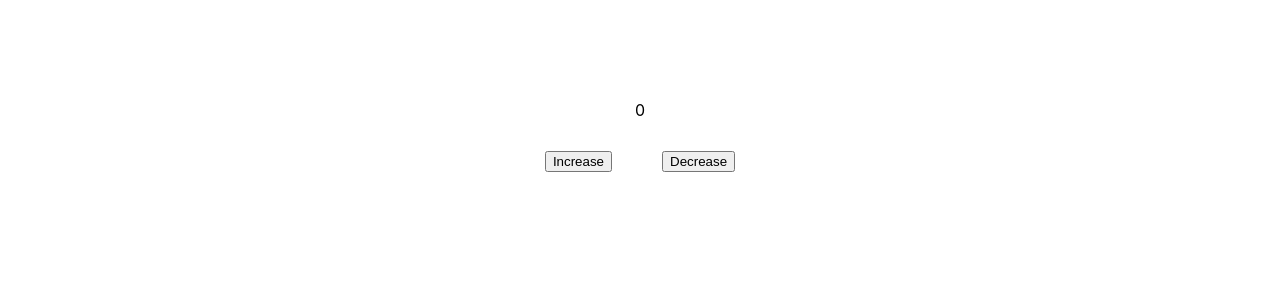
Repository: Marwa-Medhat/ReactJS-Labs
Page: / (app in myapp/)
These files come from the project's save history. The page is drawn as it stood at one moment and after a run of saves; the edit follows.
The browser window is 1280 px wide. The pictures show the whole page.
The project was rebuilt for these pictures with package versions that can differ from the ones it lists, and the page was loaded fresh each time.

Above is the page before, as saved 2021-04-25 15:11:10.

### myapp/src/App.js
import logo from './logo.svg';
import './App.css';
import React, { Component } from 'react';
// function App() {



  class Counter extends React.Component{
    constructor()
    {
      super();
      this.state={
        count:0
    }
  }
    increase=()=>{

      this.setState({count:this.state.count+1})
    }
    decrease=()=>{

      this.setState({count:this.state.count-1})
    }

    render(){
      return (
        <div >
        <div style={{ marginBottom: 30, }}>{this.state.count}</div>
        <button onClick={this.increase} style={{ marginRight: 50, }}> Increase</button>
        <button onClick={this.decrease}> Decrease</button>
        </div>
      ); //return
      } //render
    }
    // backgroundColor:'green'
class App extends React.Component{

  render(){
  return (

    <div className="App"  >
   <div style={{ paddingTop: 100, }}><Counter  /></div>
   </div>



  ); //return
  } //render
} //class App

export default App;

Loaded but not shown: myapp/public/index.html (common file); myapp/src/index.js (common file); myapp/src/index.css (common file); myapp/src/reportWebVitals.js (common file); myapp/src/App.css (common file)

After the next 2 saves:
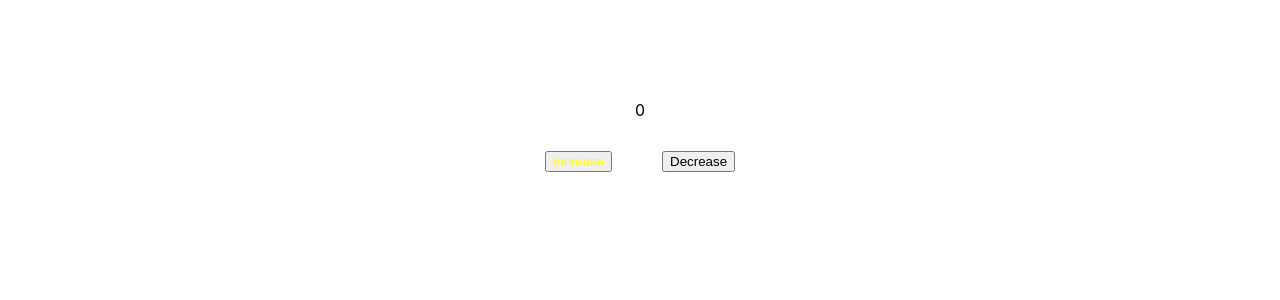
The 2 saves are shown as one change because 1 did not build or start.
The last was saved 47 s later.
--- a/myapp/src/App.js
+++ b/myapp/src/App.js
@@ -26,7 +26,7 @@
       return (
         <div >
         <div style={{ marginBottom: 30, }}>{this.state.count}</div>
-        <button onClick={this.increase} style={{ marginRight: 50, }}> Increase</button>
+        <button onClick={this.increase} style={{ marginRight: 50, color:"yellow" ,}}> Increase</button>
         <button onClick={this.decrease}> Decrease</button>
         </div>
       ); //return

After the save that followed:
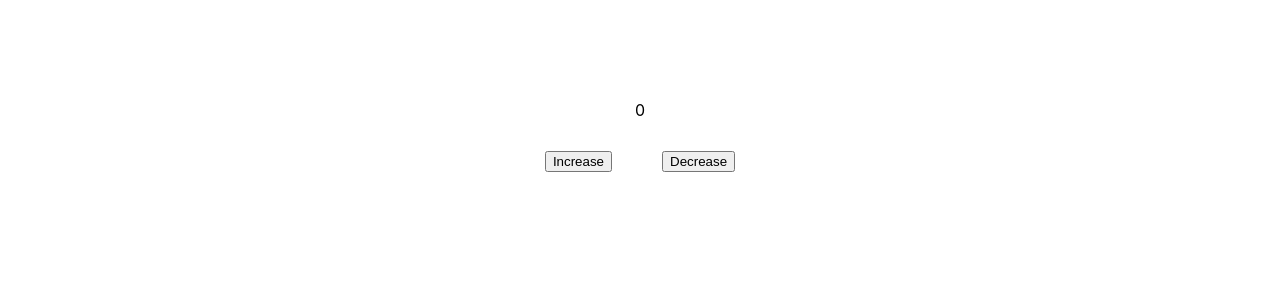
Saved 14 s later.
--- a/myapp/src/App.js
+++ b/myapp/src/App.js
@@ -26,7 +26,7 @@
       return (
         <div >
         <div style={{ marginBottom: 30, }}>{this.state.count}</div>
-        <button onClick={this.increase} style={{ marginRight: 50, color:"yellow" ,}}> Increase</button>
+        <button onClick={this.increase} style={{ marginRight: 50, backgroundcolor:"yellow" ,}}> Increase</button>
         <button onClick={this.decrease}> Decrease</button>
         </div>
       ); //return
